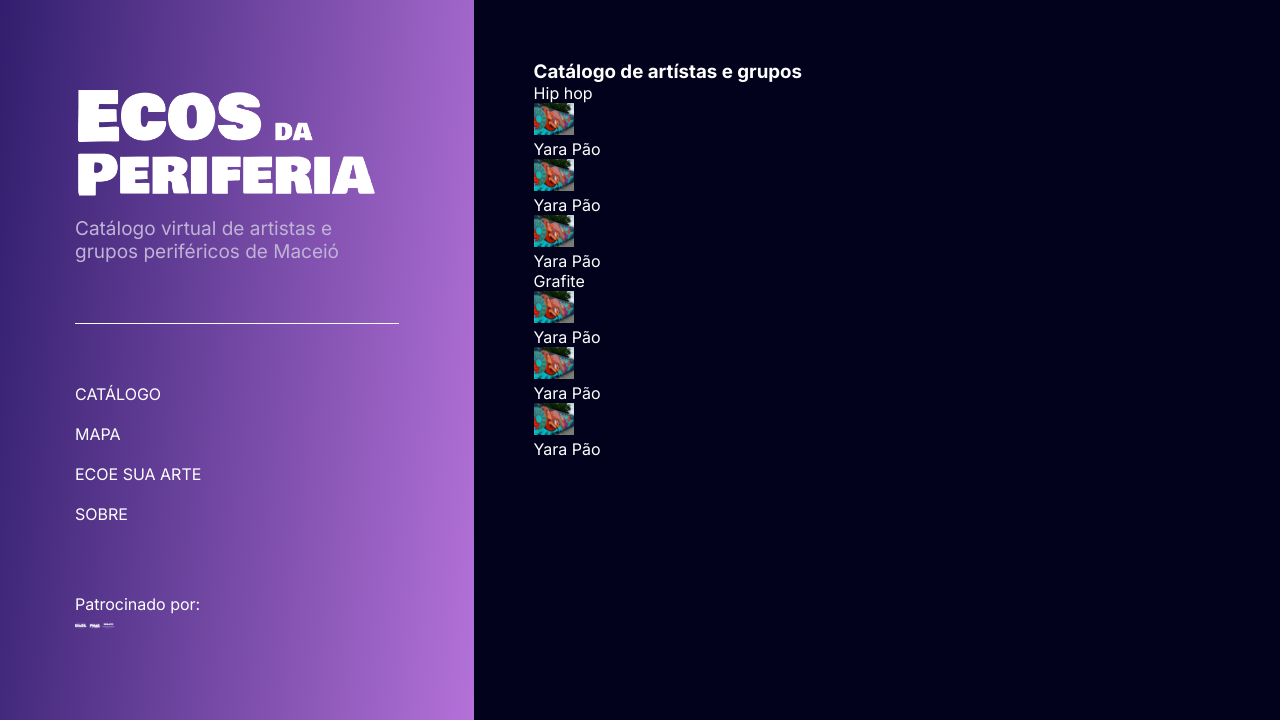
Repository: lucasthaynan/ecos-da-periferia
Page: index.html
These files come from the project's save history. The page is drawn as it stood at one moment and after the next save; the edit follows.
The browser window is 1280 px wide. The pictures show the whole page.
The pointer rests on the first visible `div.menu div.btn`.

Above is the page before, as saved 2025-11-11 17:54:32.

After the next save:
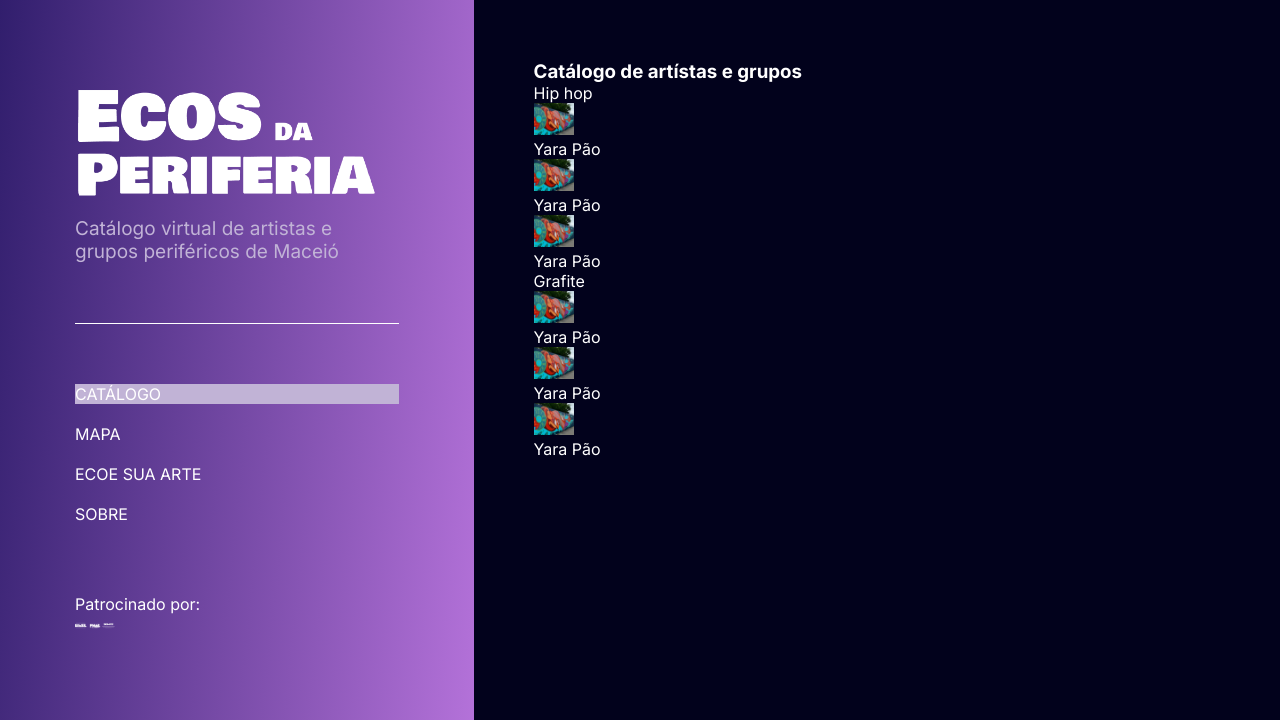
Saved 17 s later.
--- a/style.css
+++ b/style.css
@@ -76,3 +76,7 @@
     text-transform: uppercase;
     cursor: pointer;
 }
+
+div.menu div.btn:hover {
+    background-color: #C1B3D6;
+}
